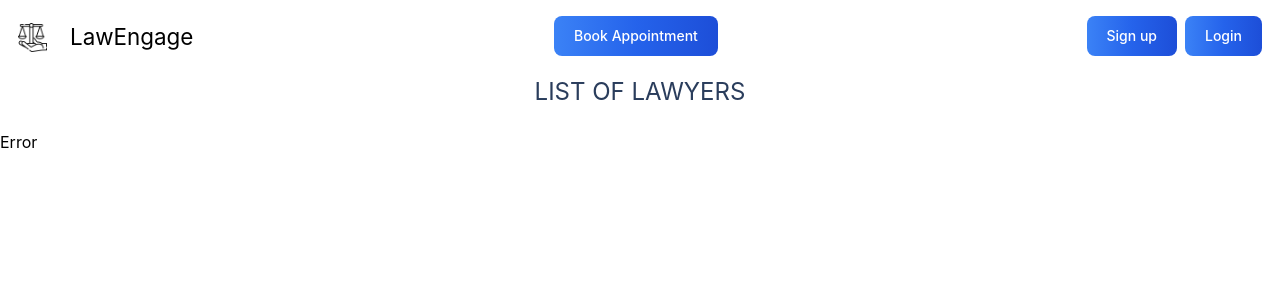
Repository: khushijain8/Lawyer-appointment-application
Page: /book (app in frontend/)
These files come from the project's save history. The page is drawn as it stood at one moment and after the next save; the edit follows.
The browser window is 1280 px wide. The pictures show the whole page.
The page's requests for data from a server got no answer. The project was rebuilt for these pictures with package versions that can differ from the ones it lists, and the page was loaded fresh each time. No one was signed in, and anything a server would have sent is missing. Also part of the build but not shown: frontend/src/App.css, frontend/src/components/Signup/Signup.css, frontend/src/components/Signup/Signup.jsx, frontend/src/components/Login/Login.css, frontend/src/components/Login/Login.jsx, frontend/src/components/LawyerContainer/LawyerContainer.css, frontend/src/components/LawyerHistoryContainer/LawyerHistoryContainer.jsx, frontend/src/components/Admin/Admin.jsx.

Above is the page before, as saved 2025-01-23 00:43:33.

After the next save:
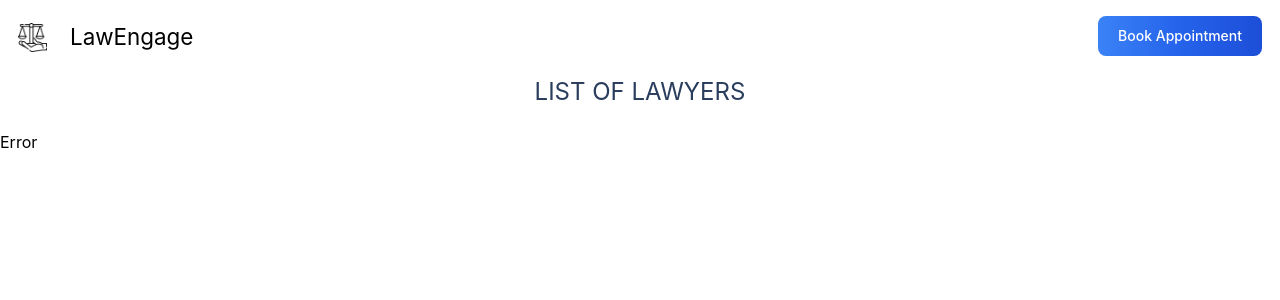
Saved 44 s later.
--- a/frontend/src/components/Navbar/Navbar.jsx
+++ b/frontend/src/components/Navbar/Navbar.jsx
@@ -13,7 +13,7 @@
         <div className='mid-nav flex justify-center items-center'>
             <button class="text-white bg-gradient-to-r from-blue-500 via-blue-600 to-blue-700 hover:bg-gradient-to-br focus:ring-4 focus:outline-none focus:ring-blue-300 dark:focus:ring-blue-800 font-medium rounded-lg text-sm px-5 py-2.5 text-center me-2 mb-2"onClick={()=>navigate('/book')}>Book Appointment</button>
         </div>
-        <div className='right-nav flex justify-center items-center'>
+        <div className='right-nav flex justify-center items-center md: hidden'>
             <button class="text-white bg-gradient-to-r from-blue-500 via-blue-600 to-blue-700 hover:bg-gradient-to-br focus:ring-4 focus:outline-none focus:ring-blue-300 dark:focus:ring-blue-800 font-medium rounded-lg text-sm px-5 py-2.5 text-center me-2 mb-2"onClick={()=>navigate('/signup')}>Sign up</button>
             <button class="text-white bg-gradient-to-r from-blue-500 via-blue-600 to-blue-700 hover:bg-gradient-to-br focus:ring-4 focus:outline-none focus:ring-blue-300 dark:focus:ring-blue-800 font-medium rounded-lg text-sm px-5 py-2.5 text-center me-2 mb-2" onClick={()=>navigate('/login')}>Login</button>
         </div>

After the save that followed:
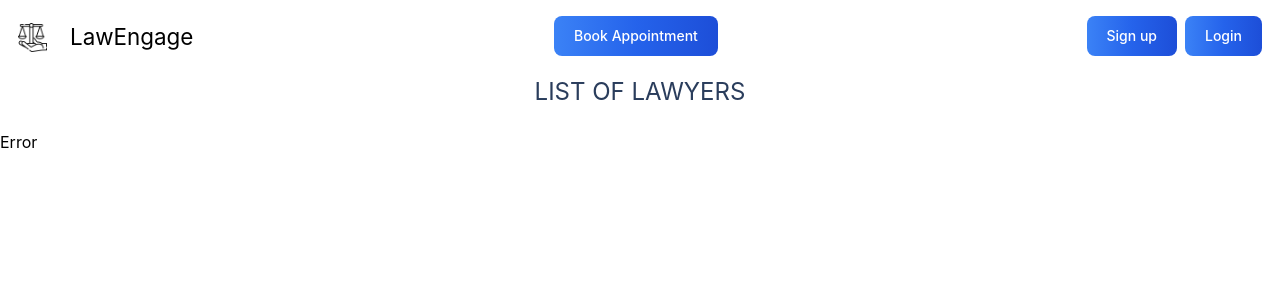
Saved 104 s later.
--- a/frontend/src/components/Navbar/Navbar.jsx
+++ b/frontend/src/components/Navbar/Navbar.jsx
@@ -13,7 +13,7 @@
         <div className='mid-nav flex justify-center items-center'>
             <button class="text-white bg-gradient-to-r from-blue-500 via-blue-600 to-blue-700 hover:bg-gradient-to-br focus:ring-4 focus:outline-none focus:ring-blue-300 dark:focus:ring-blue-800 font-medium rounded-lg text-sm px-5 py-2.5 text-center me-2 mb-2"onClick={()=>navigate('/book')}>Book Appointment</button>
         </div>
-        <div className='right-nav flex justify-center items-center md: hidden'>
+        <div className='right-nav flex justify-center items-center '>
             <button class="text-white bg-gradient-to-r from-blue-500 via-blue-600 to-blue-700 hover:bg-gradient-to-br focus:ring-4 focus:outline-none focus:ring-blue-300 dark:focus:ring-blue-800 font-medium rounded-lg text-sm px-5 py-2.5 text-center me-2 mb-2"onClick={()=>navigate('/signup')}>Sign up</button>
             <button class="text-white bg-gradient-to-r from-blue-500 via-blue-600 to-blue-700 hover:bg-gradient-to-br focus:ring-4 focus:outline-none focus:ring-blue-300 dark:focus:ring-blue-800 font-medium rounded-lg text-sm px-5 py-2.5 text-center me-2 mb-2" onClick={()=>navigate('/login')}>Login</button>
         </div>
